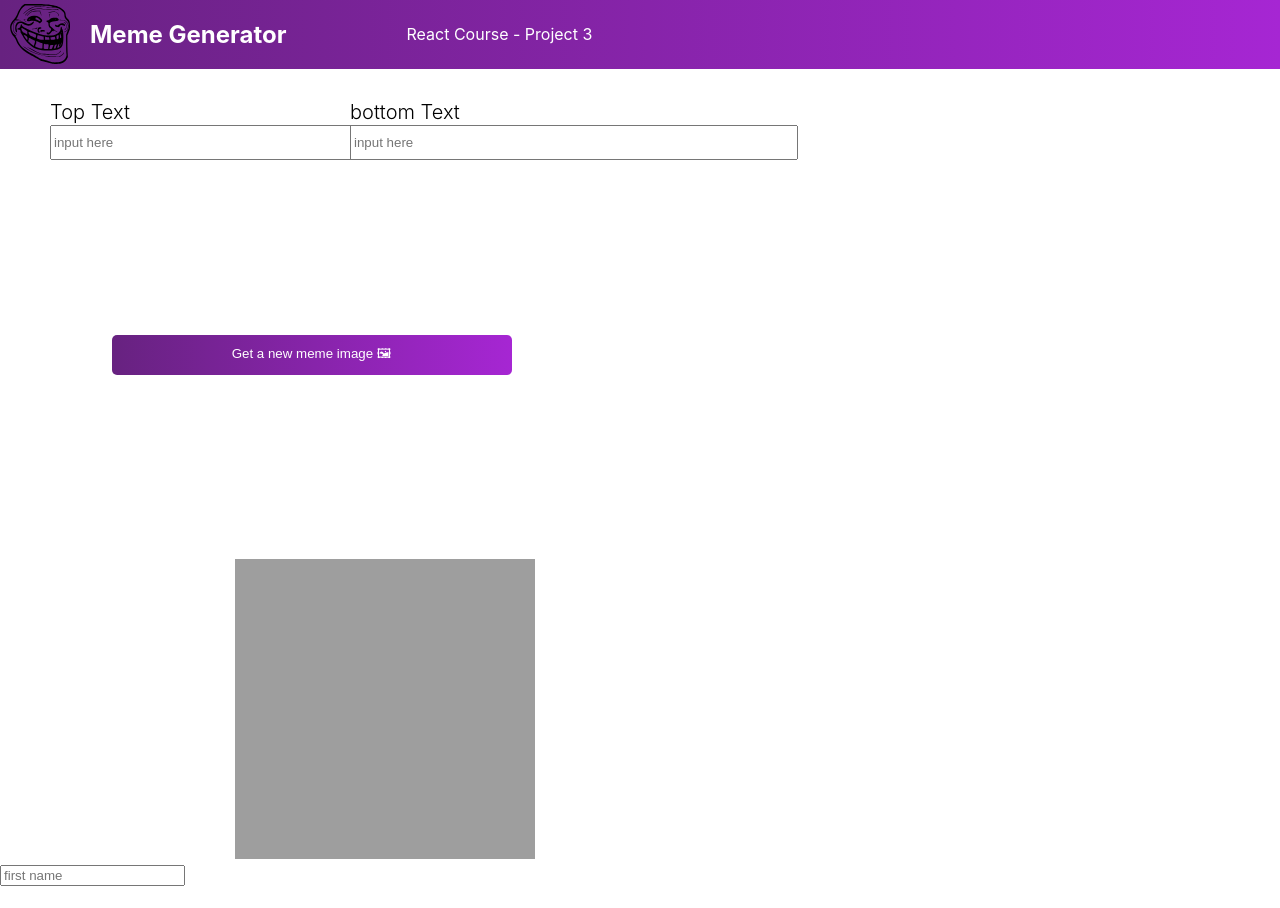
Repository: mortiestmorty1/meme-generator-react
Page: /
These files come from the project's save history. The page is drawn as it stood at one moment and after the next save; the edit follows.
The browser window is 1280 px wide. The pictures show the whole page.
Pictures or frames that could not be fetched are drawn as grey boxes. The project was rebuilt for these pictures with package versions that can differ from the ones it lists, and the page was loaded fresh each time. Also part of the build but not shown: src/components/box.js.

Above is the page before, as saved 2024-01-20 19:33:03.

### src/index.js
import React from 'react';
import ReactDOM from 'react-dom/client';
import './index.css';
import App from './App';
import reportWebVitals from './reportWebVitals';

const root = ReactDOM.createRoot(document.getElementById('root'));
root.render(
  <React.StrictMode>
    <App darkMode={false}/>
  </React.StrictMode>
);

// If you want to start measuring performance in your app, pass a function
// to log results (for example: reportWebVitals(console.log))
// or send to an analytics endpoint. Learn more: https://bit.ly/CRA-vitals
reportWebVitals();

### src/index.css
body {
  margin: 0;
  font-family: -apple-system, BlinkMacSystemFont, 'Segoe UI', 'Roboto', 'Oxygen',
    'Ubuntu', 'Cantarell', 'Fira Sans', 'Droid Sans', 'Helvetica Neue',
    sans-serif;
  -webkit-font-smoothing: antialiased;
  -moz-osx-font-smoothing: grayscale;
}

code {
  font-family: source-code-pro, Menlo, Monaco, Consolas, 'Courier New',
    monospace;
}
* {
  box-sizing: border-box;
  }

### src/App.js

import './App.css';
import React from "react";
import Navbar from "./components/Navbar";
import Inputs from "./components/inputs";
import { useState } from 'react';
import boxes from "./components/boxes";
import Box from "./components/box";

function App(props) {
 const [fistname , setFistname] = useState("")
 function handleChange(event){
  setFistname(event.target.value)
 }
  return (
    <div className="App">
      <Navbar />
      <Inputs />
      <form>
      <input
      type="text"
      placeholder="first name"
      onChange={handleChange}>
      </input>
      <h1>{fistname}</h1>
      </form>
    </div>
  );
}

export default App;

### src/App.css
.nav-container {
  display: flex;
  justify-content: space-between;
  align-items: center;
  background: linear-gradient(to right, #672280,#A626D3);
  }
  .image{
    width: 60px;
    height: 60px;
    margin-left: 10px;
  }
  .navbar{
    display: flex;
    justify-content: space-around;
    align-items: center;
    margin-right: 10px;
    color: white;
  }
  .navbar h1{
    margin-right: 20px;
    margin-left: 20px;
  }
  .info{
    margin-left: 100px;
  }
  .inputs-container{
    margin-left: 50px;
    margin-top: 20px;
    font-size: 20px;
    font-weight: 300;
  }
  .top{
    position: absolute;
    top: 100px;
  }
  .bottom{
    position: absolute;
    margin-left: 300px;
    top: 100px;
  }
  .topinput{
    position: absolute;
    top: 125px;
    height: 35px;
    width: 35%;
  }
  .bottominput{
    position: absolute;
    top: 125px;
    margin-left: 300px;
    height: 35px;
    width: 35%;
  }
  .generate{
    margin-left: 5%;
    margin-top: 20%;
    background: linear-gradient(to right, #672280,#A626D3);
    color: white;
    border: none;
    border-radius: 5px;
    width: 400px;
    height: 40px;
  }
  .memeimage{
    margin-left: 15%;
    margin-top: 15%;
    width: 300px;
    height: 300px;
  }
  .box{
    width: 100px;
    height: 100px;
    border: 1px solid black;
    display: inline-block;
    margin-right: 10px;
  }

### src/components/Navbar.js
import React from "react";
import Troll from "./Troll-Face.svg";
import "../App.css";
function Navbar(){
    return(
        <div className="nav-container">
            <nav className="navbar">
                <img src={Troll} className="image" alt="Troll Face" />
                <h1>Meme Generator</h1>
                <section className="info">
                    <p>React Course - Project 3</p>
                </section>
            </nav>
        </div>
    )
}

export default Navbar;

### src/components/inputs.js
import React from "react";
import "../App.css";
import Meme from "./meme.js";
import { useState } from "react";
function Inputs(){
    const [Allmemeimage , setAllmemeimage] = useState(Meme)
    const [newmeme , setNewmeme] = useState({
        topText:"",
        bottomText:"",
        memeimage:"https://png.pngtree.com/png-vector/20231222/ourlarge/pngtree-do-not-press-this-button-sign-vector-png-image_11376553.png"
    })
    function handleClick () {

        const memearray = Allmemeimage
        const random = Math.floor(Math.random() * memearray.length)
        const url = memearray[random].url
        setNewmeme(prevmeme =>({
            ...prevmeme,
            memeimage:url
        }))
    }
    return(
        <div className="inputs-container">
            <div className="inputs">
                <label className="top">Top Text</label>
                <input  className="topinput" type="text" placeholder="input here" />
                <label className="bottom">bottom Text</label>
                <input className="bottominput" type="text" placeholder="input here" />
                <button className="generate" onClick={handleClick}>Get a new meme image  🖼</button>
            </div>
            < img src={newmeme.memeimage} className="memeimage" alt="meme" />
        </div>
    )
}

export default Inputs;

### src/components/boxes.js
export default [
    {
        id:1,
        on : false
    }
    ,
    {
        id:2,
        on : true
    }
    ,
    {
        id:3,
        on : false
    }
    ,
    {
        id:4,
        on : true
    }
    ,
    {
        id:5,
        on : false
    }
    ,
    {
        id:6,
        on : true
    }
    ,
    {
        id:7,
        on : false
    }
    ,
    {
        id:8,
        on : true
    }
    ,
    {
        id:9,
        on : false
    }
    ,
    {
        id:10,
        on : true
    }
]

### src/components/meme.js

export default [
    {
        id: 1,
        name: "Drake",
        url: "https://i.imgflip.com/30b1gx.jpg",
        width: 1200,
        height: 1200
    },
    {
        id: 2,
        name: "Distracted Boyfriend",
        url: "https://i.imgflip.com/1ur9b0.jpg",
        width: 1200,
        height: 800
    },
    {
        id: 3,
        name: "Two Buttons",
        url: "https://i.imgflip.com/1g8my4.jpg",
        width: 600,
        height: 908
    },
    {
        id: 4,
        name: "Mocking Spongebob",
        url: "https://i.imgflip.com/1otk96.jpg",
        width: 502,
        height: 353
    },
    {
        id: 5,
        name: "Expanding Brain",
        url: "https://i.imgflip.com/1jwhww.jpg",
        width: 857,
        height: 1202
    },
    {
        id: 6,
        name: "Roll Safe Think About It",
        url: "https://i.imgflip.com/1h7in3.jpg",
        width: 600,
        height: 600
    },
    {
        id: 7,
        name: "Change My Mind",
        url: "https://i.imgflip.com/24y43o.jpg",
        width: 482,
        height: 361
    },
    {
        id: 8,
        name: "Is This A Pigeon",
        url: "https://i.imgflip.com/1o00in.jpg",
        width: 857,
        height: 1202
    },
    {
        id: 9,
        name: "Batman Slapping Robin",
        url: "https://i.imgflip.com/9ehk.jpg",
        width: 400,
        height: 387
    },
   {
        id: 10,
        name: "One Does Not Simply",
        url: "https://i.imgflip.com/1bij.jpg",
        width: 568,
        height: 335
    },
    {
        id: 11,
        name: "Philosoraptor",
        url: "https://i.imgflip.com/1bgs.jpg",
        width: 400,
        height: 400
    },
    {
        id: 12,
        name: "Waiting Skeleton",
        url: "https://i.imgflip.com/2fm6x.jpg",
        width: 500,
        height: 500
    },
    {
        id: 13,
        name: "X, X Everywhere",
        url: "https://i.imgflip.com/1ihzfe.jpg",
        width: 500,
        height: 610
    },
    {
        id: 14,
        name: "Futurama Fry",
        url: "https://i.imgflip.com/1bgw.jpg",
        width: 553,
        height: 439
    },
    {
        id: 15,
        name: "Ancient Aliens",
        url: "https://i.imgflip.com/26am.jpg",
        width: 500,
        height: 437
    },
    {
        id: 16,
        name: "That Would Be Great",
        url: "https://i.imgflip.com/1bh8.jpg",
        width: 500,
        height: 500
    },
    {
        id: 17,
        name: "Unsettled Tom",
        url: "https://i.imgflip.com/2wifvo.jpg",
        "width": 500,
        "height": 654
    },
    {
        id : 18,
        name: "Boardroom Meeting Suggestion",
        url: "https://i.imgflip.com/m78d.jpg",
        width: 625,
        height: 415
    },
]

Loaded but not shown: public/index.html (common file); src/reportWebVitals.js (common file)

After the next save:
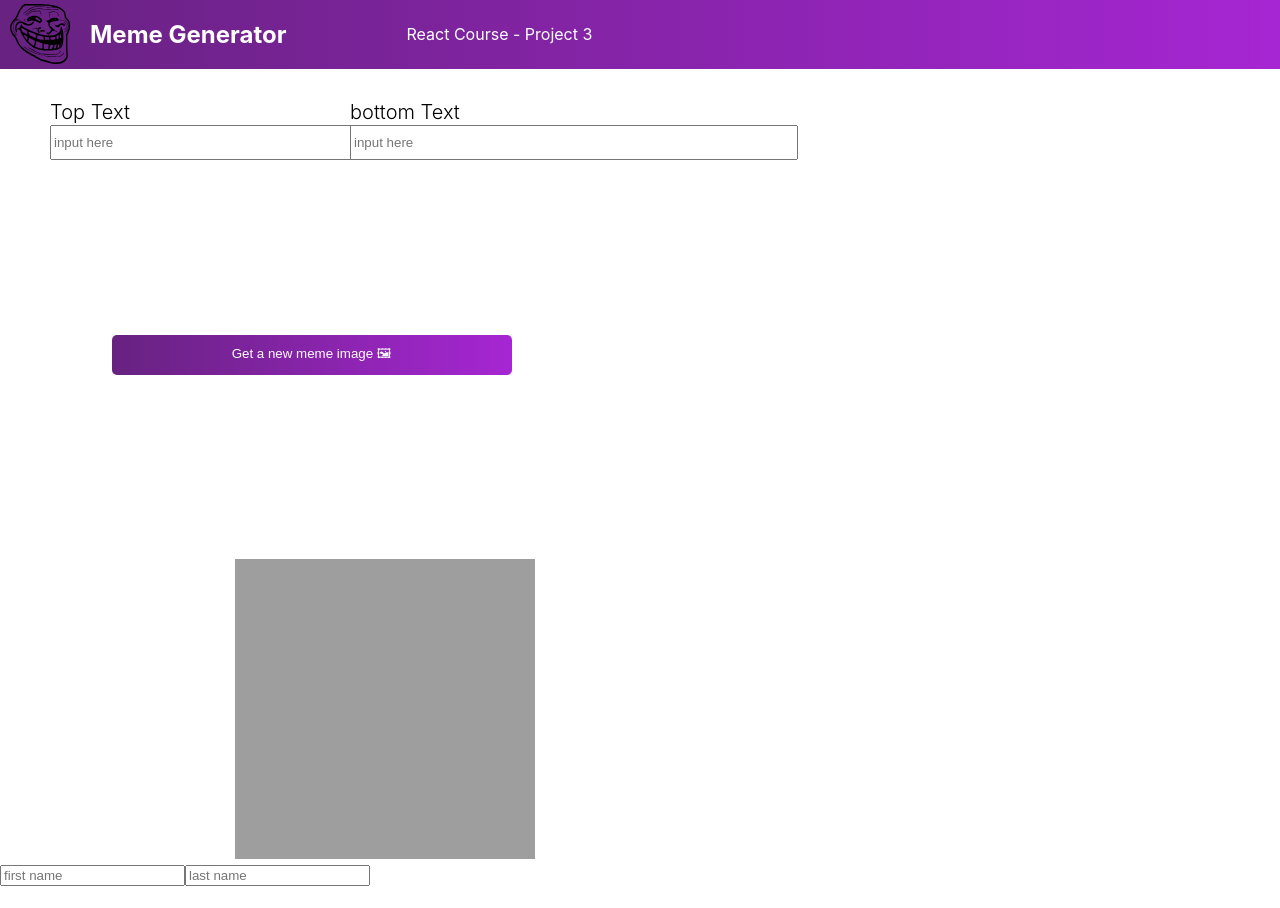
Saved 104 s later.
--- a/src/App.js
+++ b/src/App.js
@@ -9,8 +9,10 @@ import Box from "./components/box";
 
 function App(props) {
  const [fistname , setFistname] = useState("")
+  const [lastname , setLastname] = useState("")
  function handleChange(event){
   setFistname(event.target.value)
+  setLastname(event.target.value)
  }
   return (
     <div className="App">
@@ -22,6 +24,11 @@ function App(props) {
       placeholder="first name"
       onChange={handleChange}>
       </input>
+      <input
+      type="text"
+      placeholder="last name"
+      onChange={handleChange}>
+      </input>
       <h1>{fistname}</h1>
       </form>
     </div>
